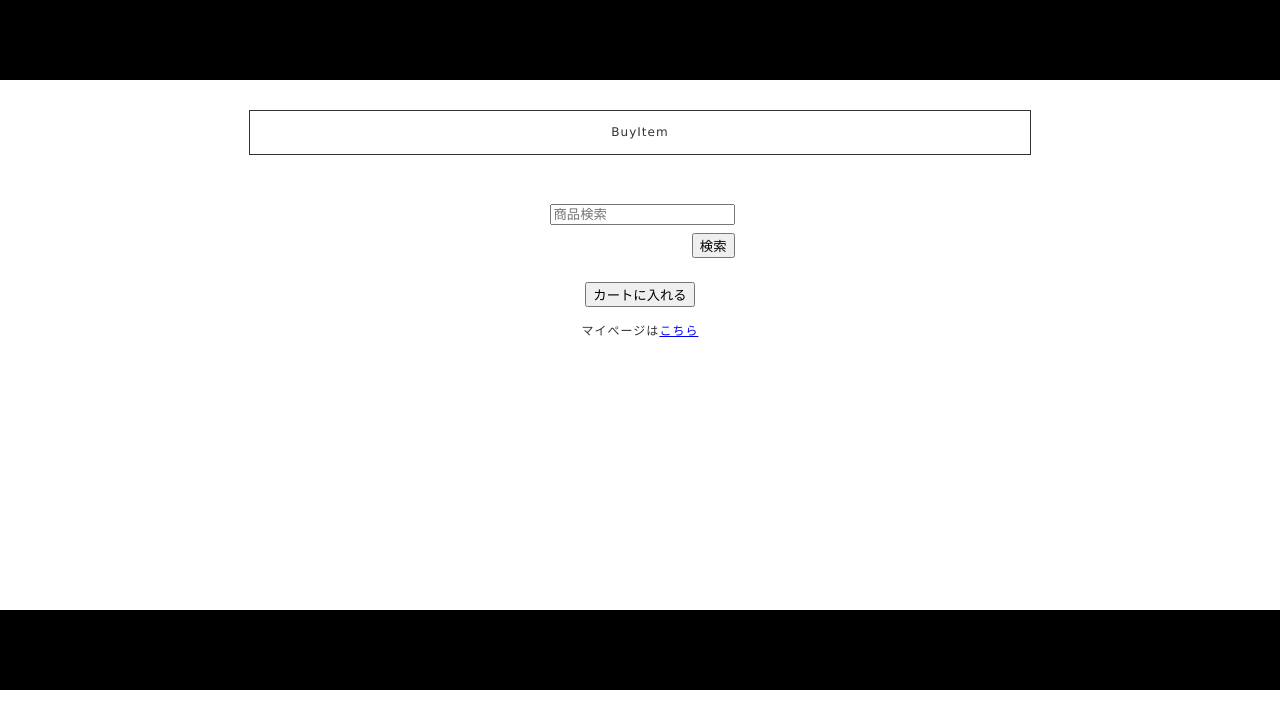
Repository: y321sudo/test2
Page: http://localhost/Yukazon/buyItem.jsp
The author's editor kept a copy of each file at every save. The page is drawn from the files as they stood at one save, then again after the next save.
The browser window is 1280 px wide. The pictures show the whole page.
The page is served by Tomcat 9.

Above is the page before, as saved 2018-02-26 06:28:51.

After the next save:
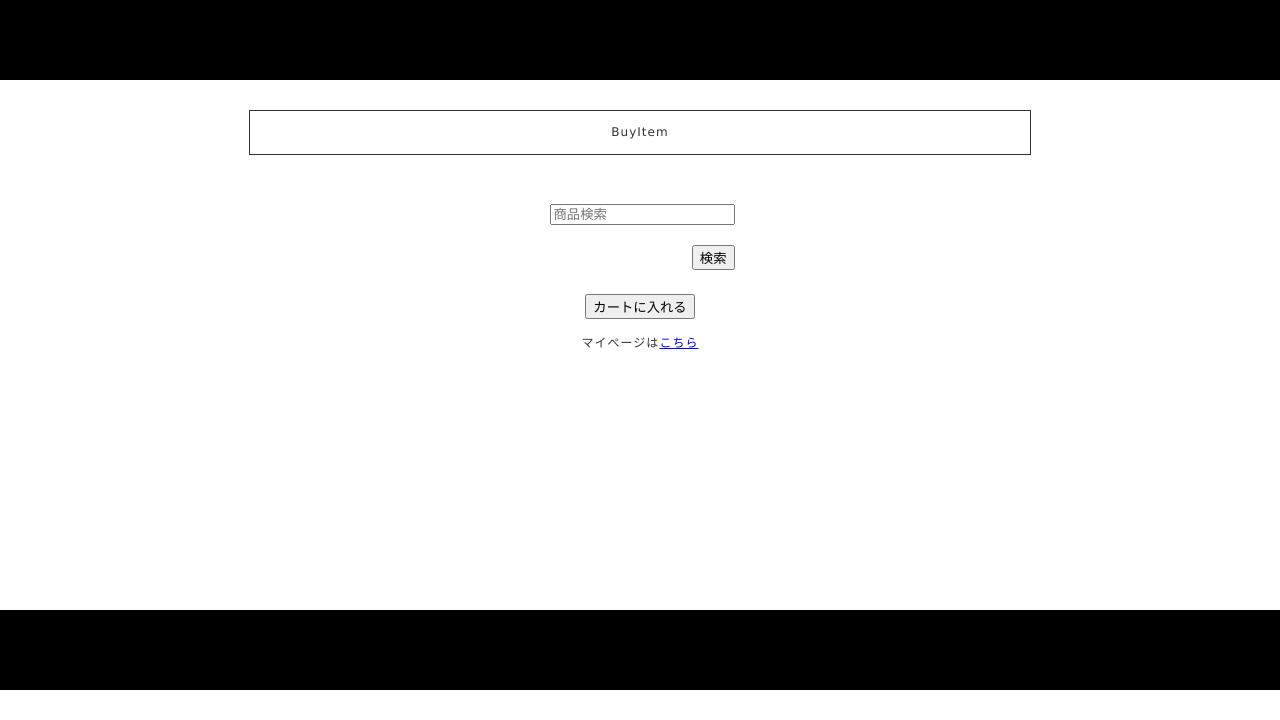
Saved 46 s later.
--- a/Yukazon/WebContent/buyItem.jsp
+++ b/Yukazon/WebContent/buyItem.jsp
@@ -69,9 +69,9 @@
 				<td><p class="right">
 					<s:textfield name="searchWord" placeholder="商品検索"/>
 				</p></td>
-				<td>
+				<td><p class="right">
 					<s:submit value="検索"/>
-				</td>
+				</p></td>
 			</tr>
 
 		</s:form>
